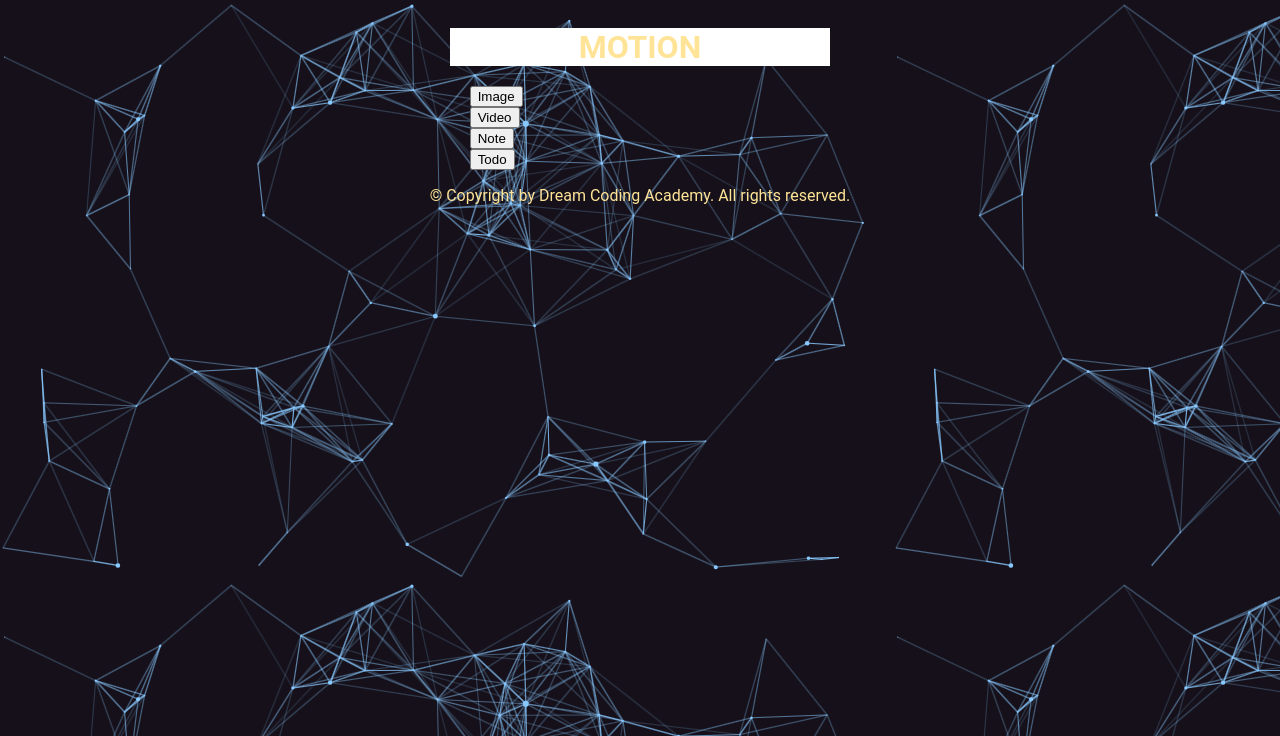
Repository: chefkuna/Motion
Page: index.html
These files come from the project's save history. The page is drawn as it stood at one moment and after the next save; the edit follows.
The browser window is 1280 px wide. The pictures show the whole page.

Above is the page before, as saved 2022-08-21 14:40:12.

### index.html
<!DOCTYPE html>
<html lang="en">
<head>
  <meta charset="UTF-8">
  <meta http-equiv="X-UA-Compatible" content="IE=edge">
  <meta name="viewport" content="width=device-width, initial-scale=1.0">
  <title>Motion</title>
  <link rel="stylesheet" href="./style/style.css">
  <script src='./dist/app.js' defer></script>
</head>
<body>
  <div class="app">
    <header class='banner'>
      <h1 class="banner__title">MOTION</h1>
      <ul class="control-panel">
        <li><button id='new-image' class="create-button">Image</button></li>
        <li><button id='new-video' class="create-button">Video</button></li>
        <li><button id='new-note' class="create-button">Note</button></li>
        <li><button id='new-todo' class="create-button">Todo</button></li>
      </ul>
    </header>
    <main class='document'></main>
    <footer class="footer">
      <p>© Copyright by Dream Coding Academy. All rights reserved.</p>
    </footer>
  </div>

</body>
</html>

### style/style.css
:root {
  --bg-main-color: #00000080;
  --bg-accent-color: #89c9ff;
  --accent-color: #1b98ff;
  --text-accent-color: #ffe498;
  --text-edit-bg-color: #575757;
  --border-color: #3f3f3f;
  --shadow-color: #202020;
  --document-bg-color: #68686850;
  --component-bg-gradient: radial-gradient(circle, #646464e6 0%, #363636e6 100%);
  --smokywhite: #dddbd8;
  --black: #000000;
  --translucent-black: #00000099;
}



li {
  list-style: none;
  padding-left: 0;
}

p {
  color: var(--text-accent-color);
}

body {
  background: url('../assets/background.png');
  font-family: Roboto, Oxygen, sans-serif;
  display: flex;
  justify-content: center;
  height: 100vh;
  overflow: auto;
}

.banner__title {
  background-color: #fff;
  color: var(--text-accent-color);
  margin: 20px;
  text-align: center;
}

Loaded but not shown: dist/app.js (no copy from this time; the picture is the same without it)

After the next save:
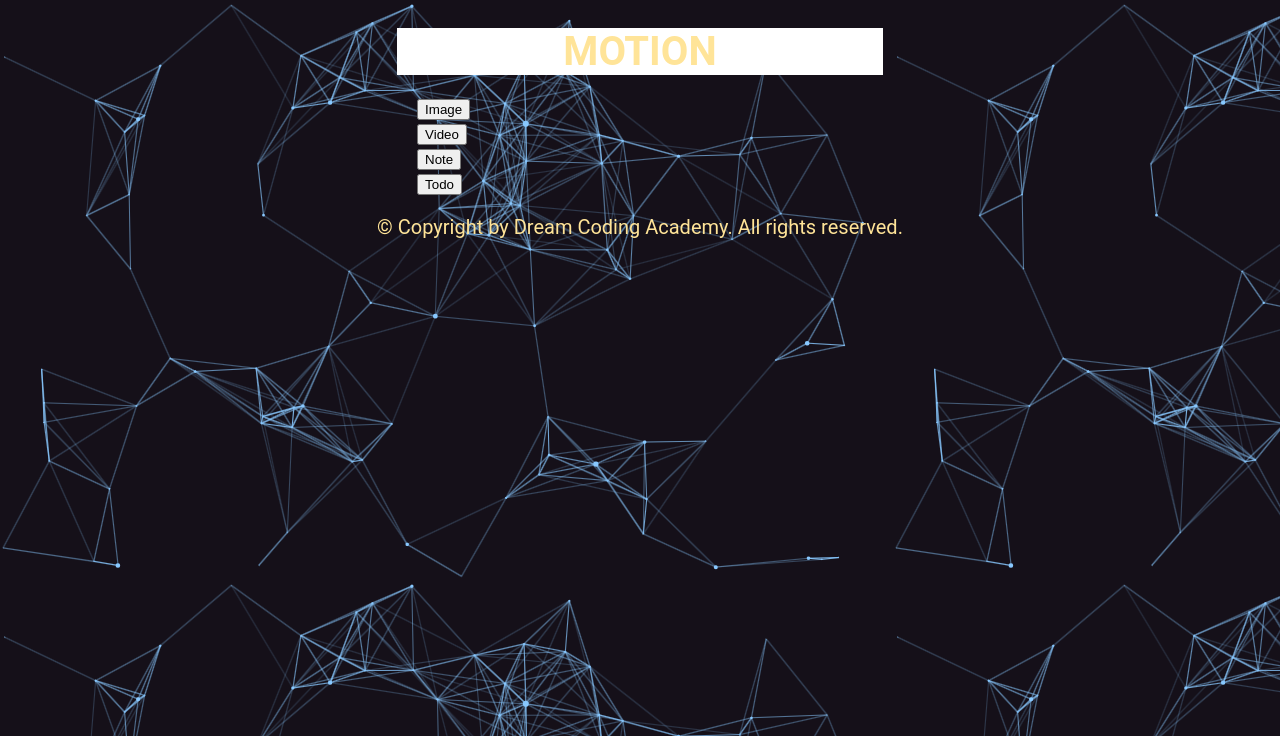
Saved 10 s later.
--- a/style/style.css
+++ b/style/style.css
@@ -31,6 +31,7 @@ body {
   justify-content: center;
   height: 100vh;
   overflow: auto;
+  font-size: 1.25rem;
 }
 
 .banner__title {
